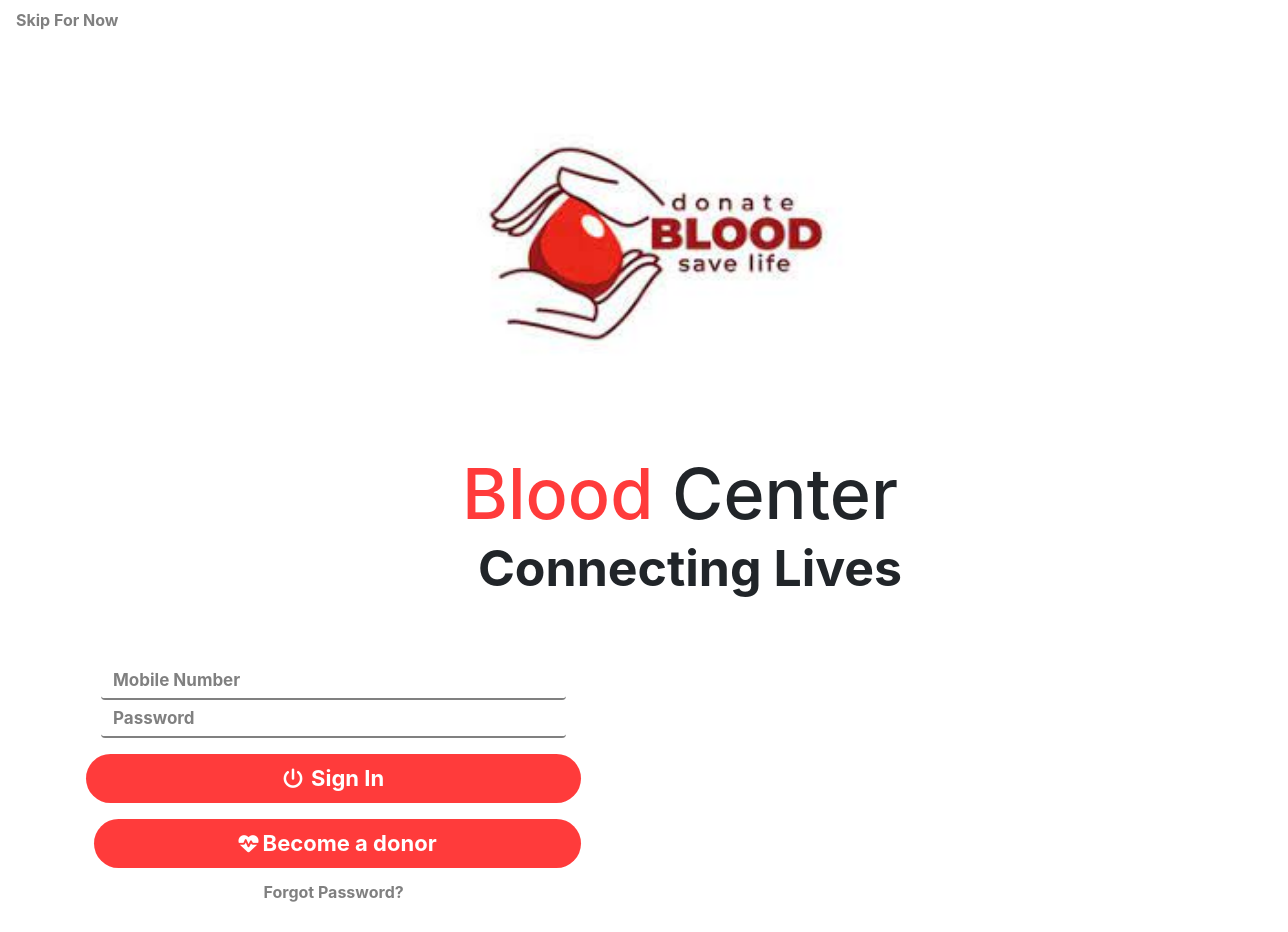
Repository: syedali042/jbds
Page: /
These files come from the project's save history. The page is drawn as it stood at one moment and after the next save; the edit follows.
The browser window is 1280 px wide. The page is 1288 px wide, so the pictures cover 1288 px, including what lies to the right of the window. The pictures show the whole page.
Some web libraries are served in a nearby version. The project was rebuilt for these pictures with package versions that can differ from the ones it lists, and the page was loaded fresh each time. Also part of the build but not shown: src/components/Header.js, src/components/About.js, src/components/Register.js, src/components/Header2.js, src/components/Home.js, src/components/Header4.js, src/components/Request.js, src/components/Header3.js and 1 more.

Above is the page before, as saved 2021-11-09 20:48:28.

### public/index.html
<!DOCTYPE html>
<html lang="en">
  <head>
    <meta charset="utf-8" />
    <link rel="icon" href="%PUBLIC_URL%/favicon.ico" />
    <meta name="viewport" content="width=device-width, initial-scale=1" />
    <meta name="theme-color" content="#000000" />
    <meta
      name="description"
      content="Web site created using create-react-app"
    />
    <!--FontAwesome-->
    <script src="https://kit.fontawesome.com/f4576591a8.js" crossorigin="anonymous"></script>
    <!--FontAwesome ends-->
    <!--bootstrap-->
    <link rel="stylesheet" href="https://maxcdn.bootstrapcdn.com/bootstrap/4.0.0/css/bootstrap.min.css"
      integrity="sha384-Gn5384xqQ1aoWXA+058RXPxPg6fy4IWvTNh0E263XmFcJlSAwiGgFAW/dAiS6JXm" crossorigin="anonymous">
    <!--bootstrap ends-->
    <link rel="apple-touch-icon" href="%PUBLIC_URL%/logo192.png" />
    <!--
      manifest.json provides metadata used when your web app is installed on a
      user's mobile device or desktop. See https://developers.google.com/web/fundamentals/web-app-manifest/
    -->
    <link rel="manifest" href="%PUBLIC_URL%/manifest.json" />
    <!--
      Notice the use of %PUBLIC_URL% in the tags above.
      It will be replaced with the URL of the `public` folder during the build.
      Only files inside the `public` folder can be referenced from the HTML.

      Unlike "/favicon.ico" or "favicon.ico", "%PUBLIC_URL%/favicon.ico" will
      work correctly both with client-side routing and a non-root public URL.
      Learn how to configure a non-root public URL by running `npm run build`.
    -->
    <title>React App</title>
  </head>
  <body>
    <noscript>You need to enable JavaScript to run this app.</noscript>
    <div id="root"></div>
    <!--Jquery-->
    <script src="https://code.jquery.com/jquery-3.2.1.slim.min.js"
      integrity="sha384-KJ3o2DKtIkvYIK3UENzmM7KCkRr/rE9/Qpg6aAZGJwFDMVNA/GpGFF93hXpG5KkN" crossorigin="anonymous"></script>
    <script src="https://cdnjs.cloudflare.com/ajax/libs/popper.js/1.12.9/umd/popper.min.js"
      integrity="sha384-ApNbgh9B+Y1QKtv3Rn7W3mgPxhU9K/ScQsAP7hUibX39j7fakFPskvXusvfa0b4Q" crossorigin="anonymous"></script>
    <script src="https://maxcdn.bootstrapcdn.com/bootstrap/4.0.0/js/bootstrap.min.js"
      integrity="sha384-JZR6Spejh4U02d8jOt6vLEHfe/JQGiRRSQQxSfFWpi1MquVdAyjUar5+76PVCmYl" crossorigin="anonymous"></script>
    <!--Jquery ends-->
  </body>
</html>

### src/App.js
import './App.css';
import Login from './components/Login';
import About from './components/About';
import Register from './components/Register';
import Home from './components/Home';
import Request from './components/Request';
import Create from './components/Create';
import {
  BrowserRouter as Router,
  Switch,
  Route,
  Link
} from "react-router-dom";


function App() {
  return (
    <Router>
      <Switch>
        <Route path="/About">
          <About/>
        </Route>
        <Route path="/Login">
          <Login />
        </Route>
        <Route path="/Register">
          <Register />
        </Route>
        <Route path="/Create">
          <Create />
        </Route>
        <Route path="/Request">
          <Request />
        </Route>
        <Route path="/Home">
          <Home />
        </Route>
        <Route path="/">
          <Login />
        </Route>
      </Switch>
    </Router>
  );
}

export default App;

### src/App.css
*{
  margin: 0;
  padding: 0;
}
.con{
  font-size: 25px;
  font-weight: bold;
  position: relative;
  bottom: 35px;
  padding: 5px;
}
.em{
  border: none;
  border-bottom: 2px solid gray;
}
.pass{
  border: none;
  border-bottom: 2px solid gray;
}
.placehorder::placeholder {
  font-weight: bolder;
  color: gray;
  position: relative;
  /* left: 25px; */
  font-size: 17px;
}
.forgot{
  color: gray;
  font-weight: bolder;
}
.login{
  color: gray;
  font-weight: bolder;
}
.fa-portrait{
  font-size: 20px;
  position: relative;
  top: 30px;
  left: 5px;
  color: gray;
}
.fa-unlock-alt{
   font-size: 20px;
  position: relative;
  top: 30px;
  left: 5px;
  color: gray;
}
.sign{
  width: 230px;
  position: relative;
  font-size: 22px;
  border-radius: 30px;
  background-color: #FF3B3B;
  color: white;
  font-weight: bolder;
  border: none;
}
.fa-power-off{
  font-size: 20px;
  position: relative;

  color: white ;
}
.donor{
  width: 230px;
  position: relative;
  font-size: 22px;
  border-radius: 30px;
  background-color: #FF3B3B;
  color: white;
  font-weight: bolder;
  border: none;
  letter-spacing: o.1;
}
.fa-heartbeat{
   font-size: 20px;
  position: relative;

  color: white ;
}
@media screen and (max-width: 440px){

  .con{
  font-size: 20px;
  font-weight: bold;
  position: relative;
  bottom: 35px;
  padding: 5px;
}
.blood{
  font-size: 27px;
}
.formik{
  position: relative;
  bottom: 50px;
}
.pass{
  border: none;
  border-bottom: 2px solid gray;

}

.donor{
  width: 210px;
  position: relative;
  font-size: 22px;
  border-radius: 30px;
  background-color: #FF3B3B;
  color: white;
  font-weight: bolder;
  border: none;
  letter-spacing: o.1;
}
.sign{
  width: 210px;
  position: relative;
  font-size: 22px;
  border-radius: 30px;
  background-color: #FF3B3B;
  color: white;
  font-weight: bolder;
  border: none;
}

}
@media screen and (min-width: 768px){


  .img{
  position: relative;
  width: 400px;
  left: 40px;
}
  .con{
  font-size: 50px;
  font-weight: bold;
  position: relative;
  bottom: 35px;
  padding: 5px;
  left: 50px;
}
.blood{
  font-size: 70px;
  position: relative;
  left: 40px;
}

.name{
  border: none;
  border-bottom: 2px solid gray;
   margin-top: 10px;
  height: 70px;
}


.adress{
    border: none;
  border-bottom: 2px solid gray;
   margin-top: 10px;
  height: 70px;
}
input::placeholder {
  font-weight: bolder;
  color: gray;
  position: relative;
  /* left: 45px; */
  font-size: 30px;
}
.fa-portrait{
  font-size: 25px;
  position: relative;
  top: 37px;
  left: 5px;
  color: gray;
}
.fa-unlock-alt{
   font-size: 25px;
  position: relative;
  top: 35px;
  left: 5px;
  color: gray;
}
.fa-mobile-alt{
    font-size: 30px;
  position: relative;
  top: 55px;
  left: 5px;
  color: gray;
}
.fa-map-marker-alt{
   font-size: 30px;
  position: relative;
  top: 55px;
  left: 5px;
  color: gray;
}
.fa-disease{
 font-size: 30px;
  position: relative;
  top: 55px;
  left: 5px;
  color: gray;
}

.sign{
  width: 300px;
  position: relative;
  font-size: 22px;
  border-radius: 30px;
  background-color: #FF3B3B;
  color: white;
  font-weight: bolder;
  border: none;
}

.donor{
  width: 300px;
  position: relative;

  font-size: 22px;
  border-radius: 30px;
  background-color: #FF3B3B;
  color: white;
  font-weight: bolder;
  border: none;
  letter-spacing: o.1;
}

}
.header{
  background-color: #FF3B3B;
  padding: 3px;
}
.fa-chevron-left{
  color: white;
}
.profile{
  color: white;

}
.kelly{
  font-size: 23px;
  font-weight: bolder;
}
.girl{
  width: 70px;
  border-radius: 50px;
  margin-left: 50px;
  position: relative;
  bottom: 10px;
}
.r1{
  margin-top: 40px;
}

.name{
  border: none;
  border-bottom: 2px solid gray;
}
.num{
   border: none;
  border-bottom: 2px solid gray;
}
.adress{
    border: none;
  border-bottom: 2px solid gray;
}
.r2{
  background-color: rgb(247, 238, 238);
  border-radius: 15px;
  border: 1px solid transparent;
}
.update{

  position: relative;
  font-size: 22px;
  border-radius: 30px;
  background-color: #FF3B3B;
  color: white;
  font-weight: bolder;
  border: none;
}
.fa-mobile-alt{
   font-size: 20px;
  position: relative;
  top: 30px;
  left: 5px;
  color: gray;
}
.bloodGroup{
   border: none;
  border-bottom: 2px solid gray;
}
.fa-disease{
  font-size: 20px;
  position: relative;
  top: 30px;
  left: 5px;
  color: gray;
}
.city{
  border: none;
  border-bottom: 2px solid gray;
}
.fa-map-marker-alt{
  font-size: 20px;
  position: relative;
  top: 30px;
  left: 5px;
  color: gray;
}
.fa-arrow-right{
   font-size: 30px;
  position: relative;
 top: 5px;
  color:white;
}
.bodyOfHeader2{
   background-color: #FF3B3B;
   color: white;
}
.fa-search{
  position: relative;
  left: 90%;
  bottom: 30px;
  color: gray;
  font-size: 25px;
}
.groups{
 display: flex;
 margin-left: 5px;
}
.groups >div {
  background-color: #FF3B3B;
  width: 30px;
  margin: 7px;
  text-align: center;
  font-size: 20px;
  color: white;
  border-radius: 5px;
}
.HomeRow{
  border-bottom: 1px solid gray;
}
.sidebar{
  width: 60%;
  height: 100vh;
  position: absolute;
  background-color: #FF3B3B ;
  z-index: 1;
}
.create{
  color: white;
  margin-right: 30px;
}
.conReq{
  margin-top: 20px;
  background-color: rgb(216, 220, 230);
  border-radius: 5px;
}

### src/components/Login.js
import React from 'react';
import {Formik} from 'formik';


function Login() {
    return (
        <>
        <div className="w-100 ml-2 mt-2">
            <a href="/home" className="text-decoration-none forgot p-2">Skip For Now</a>
        </div>
        <div className="container">
            <div className="d-flex align-items-center justify-content-center">
                <div>
                    <img src="./images/download.jfif" alt="there is no image" className="img"/>
                    <h2 className="blood text-center"><span style={{color:'#FF3B3B'}}>Blood</span> Center</h2><br>
                    </br>
                    <h5 className="con text-center">Connecting Lives</h5>
                </div>
            </div>
            <div className="container">
                <div className="row p-3">
                    <div>
                        <Formik
                            initialValues={{ email: '', password: '' }}
                            validate={values => {
                                const errors = {};
                                if (!values.email) {
                                    errors.email = 'Required';
                                } else if (
                                    !/^[A-Z0-9._%+-]+@[A-Z0-9.-]+\.[A-Z]{2,}$/i.test(values.email)
                                ) {
                                    errors.email = 'Invalid email address';
                                }
                                return errors;
                            }}
                            onSubmit={(values, { setSubmitting }) => {
                                setTimeout(() => {
                                    alert(JSON.stringify(values, null, 2));
                                    setSubmitting(false);
                                }, 400);
                            }}
                        >
                            {({
                                values,
                                errors,
                                touched,
                                handleChange,
                                handleBlur,
                                handleSubmit,
                                isSubmitting,
                                /* and other goodies */
                            }) => (
                            <form onSubmit={handleSubmit} className="formik">
                                {/* <i className="fas fa-portrait"></i> */}
                                    <input
                                        type="email" className="placehorder form-control em"
                                        name="email"
                                        onChange={handleChange}
                                        onBlur={handleBlur}
                                        value={values.email}
                                        placeholder="Mobile Number"

                                    />

                                    {errors.email && touched.email && errors.email}
                                {/* <i className="fas fa-unlock-alt"></i> */}
                                    <input
                                    type="password" className="placehorder form-control pass"
                                        name="password"
                                        onChange={handleChange}
                                        onBlur={handleBlur}
                                        value={values.password}
                                        placeholder="Password"
                                    />

                                    {errors.password && touched.password && errors.password}
                                <div className="row d-flex align-items-center justify-content-center">
                                    <button type="submit" disabled={isSubmitting} className="sign p-2 mt-3 w-100">
                                        <i className="fas fa-power-off mr-2 "></i>Sign In
                                    </button>
                                    <button className="donor p-2 mt-3 ml-2 w-100">
                                        <i className="fas fa-heartbeat mr-1 "></i>Become a donor
                                    </button>
                                    <br /><br />
                                    <a href="#" className="forgot p-2">Forgot Password?</a>

                                </div>

                                </form>
                            )}
                        </Formik>
                    </div>
                </div>
            </div>
        </div>
        </>
    )
}

export default Login

Loaded but not shown: src/index.js (common file); src/index.css (common file); src/reportWebVitals.js (common file)

After the next save:
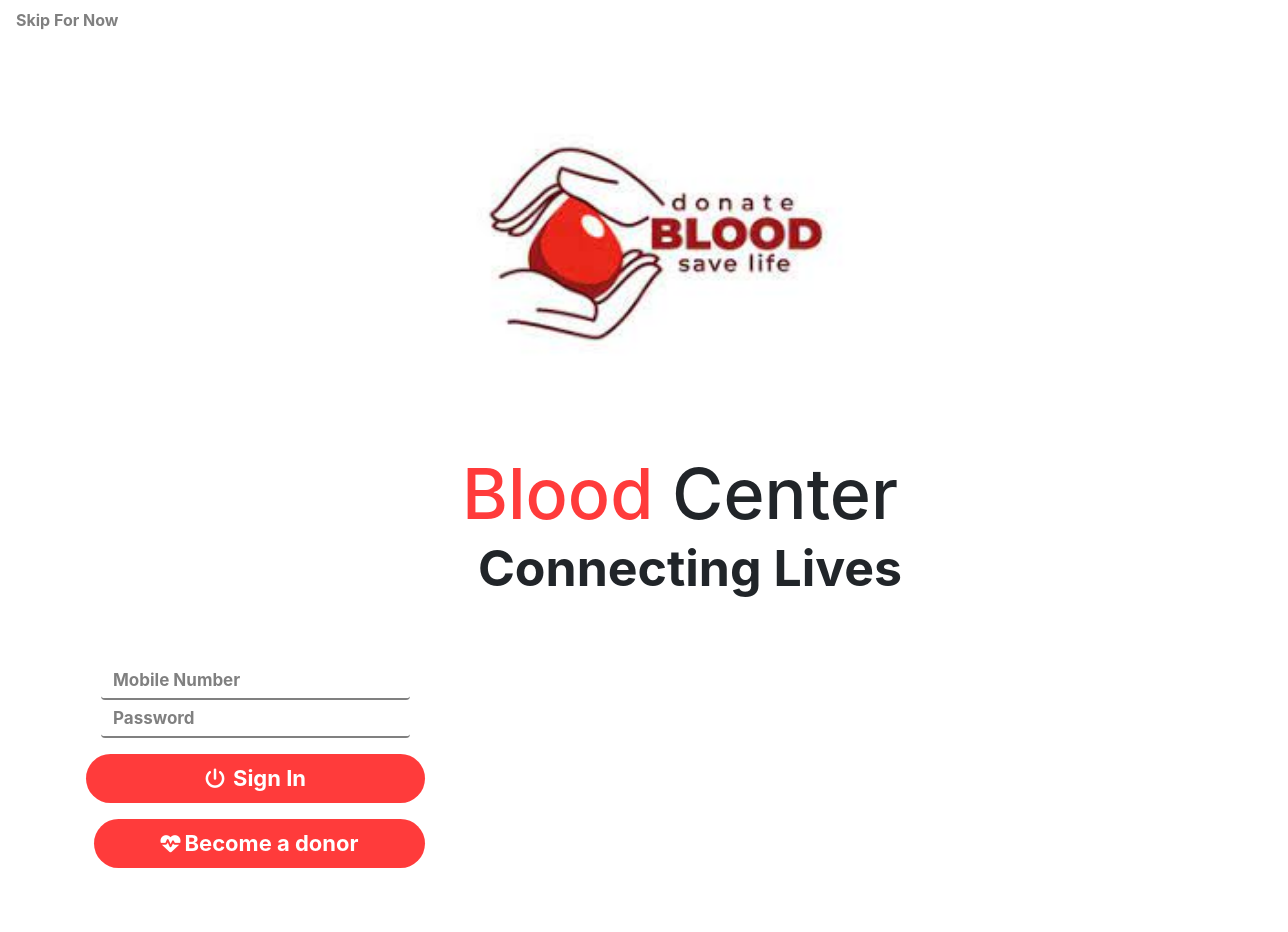
Saved 11 s later.
--- a/src/components/Login.js
+++ b/src/components/Login.js
@@ -82,7 +82,7 @@ function Login() {
                                         <i className="fas fa-heartbeat mr-1 "></i>Become a donor
                                     </button>
                                     <br /><br />
-                                    <a href="#" className="forgot p-2">Forgot Password?</a>
+                                    {/* <a href="#" className="forgot p-2">Forgot Password?</a> */}
 
                                 </div>
 
